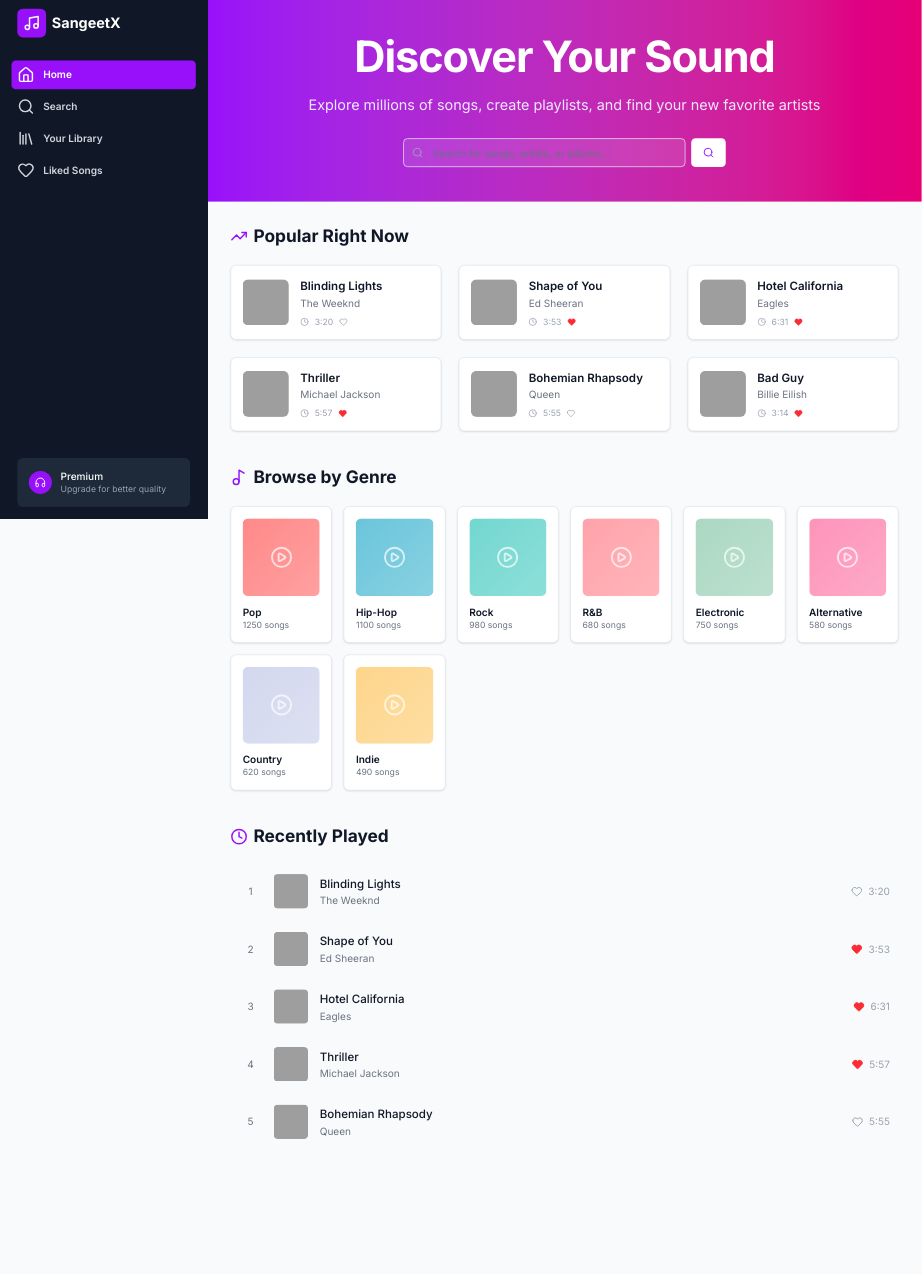
Repository: DiwanMalla/Sangeet-X
Page: /
An editor plug-in stored every save of this project. The page is shown before and after the next save, followed by the edit.
The browser window is 1280 px wide. The pictures show the whole page, at 72% of full size.
Pictures or frames that could not be fetched are drawn as grey boxes. The project was rebuilt for these pictures with package versions that can differ from the ones it lists, and the page was loaded fresh each time. The framework's server and built-in components were replaced by stand-ins that run in the browser. Also part of the build but not shown: next.config.ts, src/components/layout/audio-player.tsx.

Above is the page before, as saved 2025-07-06 00:08:13.

### src/app/layout.tsx
import type { Metadata } from "next";
import { Inter } from "next/font/google";
import "./globals.css";

const inter = Inter({ subsets: ["latin"] });

export const metadata: Metadata = {
  title: "SangeetX - Modern Music Streaming Platform",
  description:
    "Discover, play, and enjoy music with SangeetX - a modern, responsive music streaming platform built with Next.js.",
  keywords: ["music", "streaming", "audio", "player", "playlist", "songs"],
  authors: [{ name: "SangeetX Team" }],
  creator: "SangeetX",
  publisher: "SangeetX",
  robots: {
    index: true,
    follow: true,
    googleBot: {
      index: true,
      follow: true,
      "max-video-preview": -1,
      "max-image-preview": "large",
      "max-snippet": -1,
    },
  },
  openGraph: {
    type: "website",
    locale: "en_US",
    url: "https://sangeetx.com",
    title: "SangeetX - Modern Music Streaming Platform",
    description:
      "Discover, play, and enjoy music with SangeetX - a modern, responsive music streaming platform built with Next.js.",
    siteName: "SangeetX",
  },
  twitter: {
    card: "summary_large_image",
    title: "SangeetX - Modern Music Streaming Platform",
    description:
      "Discover, play, and enjoy music with SangeetX - a modern, responsive music streaming platform built with Next.js.",
    creator: "@sangeetx",
  },
  icons: {
    icon: "/favicon.ico",
    shortcut: "/favicon-16x16.png",
    apple: "/apple-touch-icon.png",
  },
  manifest: "/site.webmanifest",
};

export default function RootLayout({
  children,
}: Readonly<{
  children: React.ReactNode;
}>) {
  return (
    <html lang="en" suppressHydrationWarning>
      <head>
        <meta name="theme-color" content="#8B5CF6" />
        <meta name="viewport" content="width=device-width, initial-scale=1" />
        <link rel="preconnect" href="https://fonts.googleapis.com" />
        <link
          rel="preconnect"
          href="https://fonts.gstatic.com"
          crossOrigin=""
        />
      </head>
      <body className={inter.className}>
        <div className="min-h-screen bg-background text-foreground">
          {children}
        </div>
      </body>
    </html>
  );
}

### src/app/page.tsx
"use client";

import React, { useState, useEffect } from "react";
import Image from "next/image";
import { Button } from "@/components/ui/button";
import { Input } from "@/components/ui/input";
import { Card, CardContent } from "@/components/ui/card";
import Navbar from "@/components/layout/navbar";
import AudioPlayer from "@/components/layout/audio-player";
import {
  Play,
  Search,
  Clock,
  Heart,
  TrendingUp,
  Music2,
  PlayCircle,
} from "lucide-react";
import { Song } from "@/lib/types";
import { mockSongs, getPopularSongs } from "@/data/songs";
import { getPopularGenres } from "@/data/genres";
import { cn, formatTime } from "@/lib/utils";

export default function HomePage() {
  const [currentSong, setCurrentSong] = useState<Song | null>(null);
  const [isPlaying, setIsPlaying] = useState(false);
  const [volume, setVolume] = useState(0.7);
  const [currentTime, setCurrentTime] = useState(0);
  const [duration, setDuration] = useState(0);
  const [isShuffling, setIsShuffling] = useState(false);
  const [isRepeating, setIsRepeating] = useState<"none" | "one" | "all">(
    "none"
  );
  const [searchQuery, setSearchQuery] = useState("");
  const [queue, setQueue] = useState<Song[]>([]);
  const [currentIndex, setCurrentIndex] = useState(0);

  const popularSongs = getPopularSongs();
  const popularGenres = getPopularGenres();

  const handlePlaySong = (song: Song) => {
    setCurrentSong(song);
    setIsPlaying(true);
    setQueue(mockSongs);
    setCurrentIndex(mockSongs.findIndex((s) => s.id === song.id));
  };

  const handlePlayPause = () => {
    setIsPlaying(!isPlaying);
  };

  const handleNext = () => {
    if (queue.length > 0) {
      const nextIndex = (currentIndex + 1) % queue.length;
      setCurrentIndex(nextIndex);
      setCurrentSong(queue[nextIndex]);
    }
  };

  const handlePrevious = () => {
    if (queue.length > 0) {
      const prevIndex = (currentIndex - 1 + queue.length) % queue.length;
      setCurrentIndex(prevIndex);
      setCurrentSong(queue[prevIndex]);
    }
  };

  const handleSeek = (time: number) => {
    setCurrentTime(time);
  };

  const handleVolumeChange = (newVolume: number) => {
    setVolume(newVolume);
  };

  const handleToggleShuffle = () => {
    setIsShuffling(!isShuffling);
  };

  const handleToggleRepeat = () => {
    const modes: Array<"none" | "one" | "all"> = ["none", "one", "all"];
    const currentModeIndex = modes.indexOf(isRepeating);
    const nextMode = modes[(currentModeIndex + 1) % modes.length];
    setIsRepeating(nextMode);
  };

  const handleToggleLike = () => {
    if (currentSong) {
      setCurrentSong({
        ...currentSong,
        isLiked: !currentSong.isLiked,
      });
    }
  };

  // Mock audio time updates
  useEffect(() => {
    if (isPlaying && currentSong) {
      const interval = setInterval(() => {
        setCurrentTime((prev) => {
          if (prev >= duration) {
            return 0;
          }
          return prev + 1;
        });
      }, 1000);
      return () => clearInterval(interval);
    }
  }, [isPlaying, currentSong, duration]);

  // Set mock duration when song changes
  useEffect(() => {
    if (currentSong) {
      setDuration(currentSong.duration);
      setCurrentTime(0);
    }
  }, [currentSong]);

  return (
    <div className="min-h-screen bg-gray-50 dark:bg-gray-900">
      <Navbar />

      <main className="lg:ml-72 pb-24">
        {/* Header */}
        <div className="bg-gradient-to-r from-purple-600 to-pink-600 text-white">
          <div className="px-4 py-12 sm:px-6 lg:px-8">
            <div className="max-w-3xl mx-auto text-center">
              <h1 className="text-4xl font-bold tracking-tight sm:text-5xl lg:text-6xl">
                Discover Your Sound
              </h1>
              <p className="mt-6 text-xl text-purple-100">
                Explore millions of songs, create playlists, and find your new
                favorite artists
              </p>
              <div className="mt-8 flex justify-center">
                <div className="flex w-full max-w-md">
                  <div className="relative flex-1">
                    <Search className="absolute left-3 top-1/2 transform -translate-y-1/2 text-gray-400 h-4 w-4" />
                    <Input
                      type="text"
                      placeholder="Search for songs, artists, or albums..."
                      value={searchQuery}
                      onChange={(e) => setSearchQuery(e.target.value)}
                      className="pl-10 bg-white/10 border-white/20 text-white placeholder-purple-100"
                    />
                  </div>
                  <Button className="ml-2 bg-white text-purple-600 hover:bg-gray-100">
                    <Search className="h-4 w-4" />
                  </Button>
                </div>
              </div>
            </div>
          </div>
        </div>

        {/* Main Content */}
        <div className="px-4 py-8 sm:px-6 lg:px-8">
          <div className="max-w-7xl mx-auto">
            {/* Popular Songs */}
            <section className="mb-12">
              <div className="flex items-center space-x-2 mb-6">
                <TrendingUp className="h-6 w-6 text-purple-600" />
                <h2 className="text-2xl font-bold text-gray-900 dark:text-white">
                  Popular Right Now
                </h2>
              </div>
              <div className="grid grid-cols-1 md:grid-cols-2 lg:grid-cols-3 gap-6">
                {popularSongs.slice(0, 6).map((song) => (
                  <Card
                    key={song.id}
                    className="group cursor-pointer hover:shadow-lg transition-shadow"
                  >
                    <CardContent className="p-4">
                      <div className="flex items-center space-x-4">
                        <div className="relative w-16 h-16 rounded-lg overflow-hidden">
                          <Image
                            src={song.coverUrl}
                            alt={song.title}
                            fill
                            className="object-cover group-hover:scale-105 transition-transform"
                          />
                          <div className="absolute inset-0 bg-black/50 opacity-0 group-hover:opacity-100 transition-opacity flex items-center justify-center">
                            <Button
                              variant="ghost"
                              size="icon"
                              onClick={() => handlePlaySong(song)}
                              className="text-white hover:bg-white/20"
                            >
                              <Play className="h-6 w-6" />
                            </Button>
                          </div>
                        </div>
                        <div className="flex-1 min-w-0">
                          <h3 className="font-semibold text-gray-900 dark:text-white truncate">
                            {song.title}
                          </h3>
                          <p className="text-sm text-gray-500 dark:text-gray-400 truncate">
                            {song.artist}
                          </p>
                          <div className="flex items-center space-x-2 mt-2">
                            <Clock className="h-3 w-3 text-gray-400" />
                            <span className="text-xs text-gray-400">
                              {formatTime(song.duration)}
                            </span>
                            <Heart
                              className={cn(
                                "h-3 w-3",
                                song.isLiked
                                  ? "text-red-500 fill-red-500"
                                  : "text-gray-400"
                              )}
                            />
                          </div>
                        </div>
                      </div>
                    </CardContent>
                  </Card>
                ))}
              </div>
            </section>

            {/* Browse by Genre */}
            <section className="mb-12">
              <div className="flex items-center space-x-2 mb-6">
                <Music2 className="h-6 w-6 text-purple-600" />
                <h2 className="text-2xl font-bold text-gray-900 dark:text-white">
                  Browse by Genre
                </h2>
              </div>
              <div className="grid grid-cols-2 md:grid-cols-4 lg:grid-cols-6 gap-4">
                {popularGenres.map((genre) => (
                  <Card
                    key={genre.id}
                    className="group cursor-pointer hover:shadow-lg transition-shadow"
                  >
                    <CardContent className="p-4">
                      <div className="aspect-square rounded-lg mb-3 overflow-hidden relative">
                        <div
                          className="absolute inset-0 bg-gradient-to-br opacity-80"
                          style={{
                            backgroundImage: `linear-gradient(135deg, ${genre.color}, ${genre.color}CC)`,
                          }}
                        />
                        <div className="absolute inset-0 flex items-center justify-center">
                          <PlayCircle className="h-8 w-8 text-white opacity-70 group-hover:opacity-100 transition-opacity" />
                        </div>
                      </div>
                      <h3 className="font-semibold text-gray-900 dark:text-white text-sm">
                        {genre.name}
                      </h3>
                      <p className="text-xs text-gray-500 dark:text-gray-400">
                        {genre.songCount} songs
                      </p>
                    </CardContent>
                  </Card>
                ))}
              </div>
            </section>

            {/* Recently Played */}
            <section className="mb-12">
              <div className="flex items-center space-x-2 mb-6">
                <Clock className="h-6 w-6 text-purple-600" />
                <h2 className="text-2xl font-bold text-gray-900 dark:text-white">
                  Recently Played
                </h2>
              </div>
              <div className="space-y-2">
                {mockSongs.slice(0, 5).map((song, index) => (
                  <div
                    key={song.id}
                    className="flex items-center space-x-4 p-3 rounded-lg hover:bg-gray-100 dark:hover:bg-gray-800 cursor-pointer group"
                    onClick={() => handlePlaySong(song)}
                  >
                    <div className="flex-shrink-0 w-8 text-center">
                      <span className="text-sm text-gray-500 dark:text-gray-400 group-hover:hidden">
                        {index + 1}
                      </span>
                      <Play className="h-4 w-4 text-gray-500 dark:text-gray-400 hidden group-hover:block" />
                    </div>
                    <div className="relative w-12 h-12 rounded-md overflow-hidden">
                      <Image
                        src={song.coverUrl}
                        alt={song.title}
                        fill
                        className="object-cover"
                      />
                    </div>
                    <div className="flex-1 min-w-0">
                      <h3 className="font-medium text-gray-900 dark:text-white truncate">
                        {song.title}
                      </h3>
                      <p className="text-sm text-gray-500 dark:text-gray-400 truncate">
                        {song.artist}
                      </p>
                    </div>
                    <div className="flex items-center space-x-2">
                      <Heart
                        className={cn(
                          "h-4 w-4",
                          song.isLiked
                            ? "text-red-500 fill-red-500"
                            : "text-gray-400"
                        )}
                      />
                      <span className="text-sm text-gray-400">
                        {formatTime(song.duration)}
                      </span>
                    </div>
                  </div>
                ))}
              </div>
            </section>
          </div>
        </div>
      </main>

      {/* Audio Player */}
      <AudioPlayer
        currentSong={currentSong}
        isPlaying={isPlaying}
        volume={volume}
        currentTime={currentTime}
        duration={duration}
        onPlayPause={handlePlayPause}
        onNext={handleNext}
        onPrevious={handlePrevious}
        onSeek={handleSeek}
        onVolumeChange={handleVolumeChange}
        onToggleShuffle={handleToggleShuffle}
        onToggleRepeat={handleToggleRepeat}
        onToggleLike={handleToggleLike}
        isShuffling={isShuffling}
        isRepeating={isRepeating}
      />
    </div>
  );
}

### src/components/ui/button.tsx
import React from "react";
import { cn } from "@/lib/utils";

interface ButtonProps extends React.ButtonHTMLAttributes<HTMLButtonElement> {
  variant?: "default" | "secondary" | "outline" | "ghost" | "link";
  size?: "default" | "sm" | "lg" | "icon";
}

const Button = React.forwardRef<HTMLButtonElement, ButtonProps>(
  ({ className, variant = "default", size = "default", ...props }, ref) => {
    return (
      <button
        className={cn(
          "inline-flex items-center justify-center whitespace-nowrap rounded-md text-sm font-medium transition-colors focus-visible:outline-none focus-visible:ring-2 focus-visible:ring-purple-500 focus-visible:ring-offset-2 disabled:pointer-events-none disabled:opacity-50",
          {
            "bg-purple-600 text-white hover:bg-purple-700":
              variant === "default",
            "bg-gray-100 text-gray-900 hover:bg-gray-200 dark:bg-gray-800 dark:text-gray-100 dark:hover:bg-gray-700":
              variant === "secondary",
            "border border-gray-300 bg-transparent hover:bg-gray-100 dark:border-gray-600 dark:hover:bg-gray-800":
              variant === "outline",
            "hover:bg-gray-100 dark:hover:bg-gray-800": variant === "ghost",
            "text-purple-600 underline-offset-4 hover:underline":
              variant === "link",
          },
          {
            "h-10 px-4 py-2": size === "default",
            "h-9 rounded-md px-3": size === "sm",
            "h-11 rounded-md px-8": size === "lg",
            "h-10 w-10": size === "icon",
          },
          className
        )}
        ref={ref}
        {...props}
      />
    );
  }
);
Button.displayName = "Button";

export { Button, type ButtonProps };

### src/components/ui/input.tsx
import React from "react";
import { cn } from "@/lib/utils";

export interface InputProps
  extends React.InputHTMLAttributes<HTMLInputElement> {
  error?: string;
}

const Input = React.forwardRef<HTMLInputElement, InputProps>(
  ({ className, type, error, ...props }, ref) => {
    return (
      <div className="space-y-2">
        <input
          type={type}
          className={cn(
            "flex h-10 w-full rounded-md border border-gray-200 bg-white px-3 py-2 text-sm ring-offset-white file:border-0 file:bg-transparent file:text-sm file:font-medium placeholder:text-gray-500 focus-visible:outline-none focus-visible:ring-2 focus-visible:ring-purple-500 focus-visible:ring-offset-2 disabled:cursor-not-allowed disabled:opacity-50 dark:border-gray-800 dark:bg-gray-950 dark:ring-offset-gray-950 dark:placeholder:text-gray-400",
            error && "border-red-500 focus-visible:ring-red-500",
            className
          )}
          ref={ref}
          {...props}
        />
        {error && <p className="text-sm text-red-500">{error}</p>}
      </div>
    );
  }
);
Input.displayName = "Input";

export { Input };

### src/components/ui/card.tsx
import React from "react";
import { cn } from "@/lib/utils";

const Card = React.forwardRef<
  HTMLDivElement,
  React.HTMLAttributes<HTMLDivElement>
>(({ className, ...props }, ref) => (
  <div
    ref={ref}
    className={cn(
      "rounded-lg border border-gray-200 bg-white text-gray-950 shadow-sm dark:border-gray-800 dark:bg-gray-950 dark:text-gray-50",
      className
    )}
    {...props}
  />
));
Card.displayName = "Card";

const CardHeader = React.forwardRef<
  HTMLDivElement,
  React.HTMLAttributes<HTMLDivElement>
>(({ className, ...props }, ref) => (
  <div
    ref={ref}
    className={cn("flex flex-col space-y-1.5 p-6", className)}
    {...props}
  />
));
CardHeader.displayName = "CardHeader";

const CardTitle = React.forwardRef<
  HTMLParagraphElement,
  React.HTMLAttributes<HTMLHeadingElement>
>(({ className, ...props }, ref) => (
  <h3
    ref={ref}
    className={cn(
      "text-2xl font-semibold leading-none tracking-tight",
      className
    )}
    {...props}
  />
));
CardTitle.displayName = "CardTitle";

const CardDescription = React.forwardRef<
  HTMLParagraphElement,
  React.HTMLAttributes<HTMLParagraphElement>
>(({ className, ...props }, ref) => (
  <p
    ref={ref}
    className={cn("text-sm text-gray-500 dark:text-gray-400", className)}
    {...props}
  />
));
CardDescription.displayName = "CardDescription";

const CardContent = React.forwardRef<
  HTMLDivElement,
  React.HTMLAttributes<HTMLDivElement>
>(({ className, ...props }, ref) => (
  <div ref={ref} className={cn("p-6 pt-0", className)} {...props} />
));
CardContent.displayName = "CardContent";

const CardFooter = React.forwardRef<
  HTMLDivElement,
  React.HTMLAttributes<HTMLDivElement>
>(({ className, ...props }, ref) => (
  <div
    ref={ref}
    className={cn("flex items-center p-6 pt-0", className)}
    {...props}
  />
));
CardFooter.displayName = "CardFooter";

export {
  Card,
  CardHeader,
  CardFooter,
  CardTitle,
  CardDescription,
  CardContent,
};

### src/lib/utils.ts
import { type ClassValue, clsx } from "clsx";
import { twMerge } from "tailwind-merge";

export function cn(...inputs: ClassValue[]) {
  return twMerge(clsx(inputs));
}

export function formatTime(seconds: number): string {
  const mins = Math.floor(seconds / 60);
  const secs = Math.floor(seconds % 60);
  return `${mins}:${secs.toString().padStart(2, "0")}`;
}

export function formatNumber(num: number): string {
  if (num >= 1000000) {
    return (num / 1000000).toFixed(1) + "M";
  }
  if (num >= 1000) {
    return (num / 1000).toFixed(1) + "K";
  }
  return num.toString();
}

export function shuffleArray<T>(array: T[]): T[] {
  const shuffled = [...array];
  for (let i = shuffled.length - 1; i > 0; i--) {
    const j = Math.floor(Math.random() * (i + 1));
    [shuffled[i], shuffled[j]] = [shuffled[j], shuffled[i]];
  }
  return shuffled;
}

export function debounce<T extends (...args: unknown[]) => void>(
  func: T,
  delay: number
): (...args: Parameters<T>) => void {
  let timeoutId: NodeJS.Timeout;
  return (...args: Parameters<T>) => {
    clearTimeout(timeoutId);
    timeoutId = setTimeout(() => func(...args), delay);
  };
}

export function generateId(): string {
  return Math.random().toString(36).substr(2, 9);
}

Loaded but not shown: src/data/songs.ts (374 lines, source omitted); src/components/common/copyright-notice.tsx (148 lines, source omitted); src/components/layout/navbar.tsx (154 lines, source omitted); src/data/genres.ts (179 lines, source omitted); src/app/globals.css (195 lines, source omitted)

After the next save:
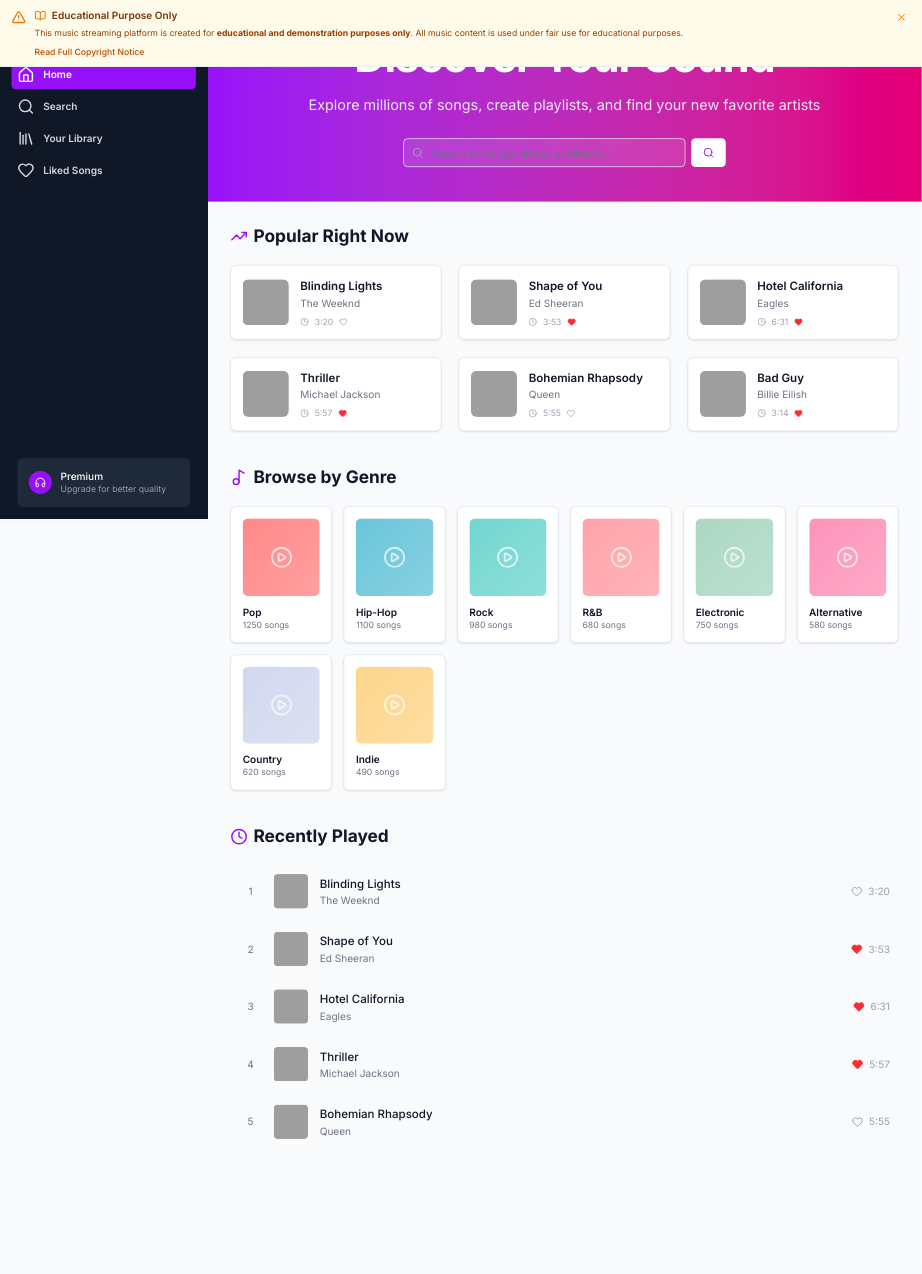
Saved 28 s later.
--- a/src/app/page.tsx
+++ b/src/app/page.tsx
@@ -5,6 +5,7 @@ import Image from "next/image";
 import { Button } from "@/components/ui/button";
 import { Input } from "@/components/ui/input";
 import { Card, CardContent } from "@/components/ui/card";
+import CopyrightNotice, { EducationalFooter } from '@/components/common/copyright-notice'
 import Navbar from "@/components/layout/navbar";
 import AudioPlayer from "@/components/layout/audio-player";
 import {
@@ -333,6 +334,7 @@ export default function HomePage() {
         isShuffling={isShuffling}
         isRepeating={isRepeating}
       />
+      <CopyrightNotice />
     </div>
   );
 }
